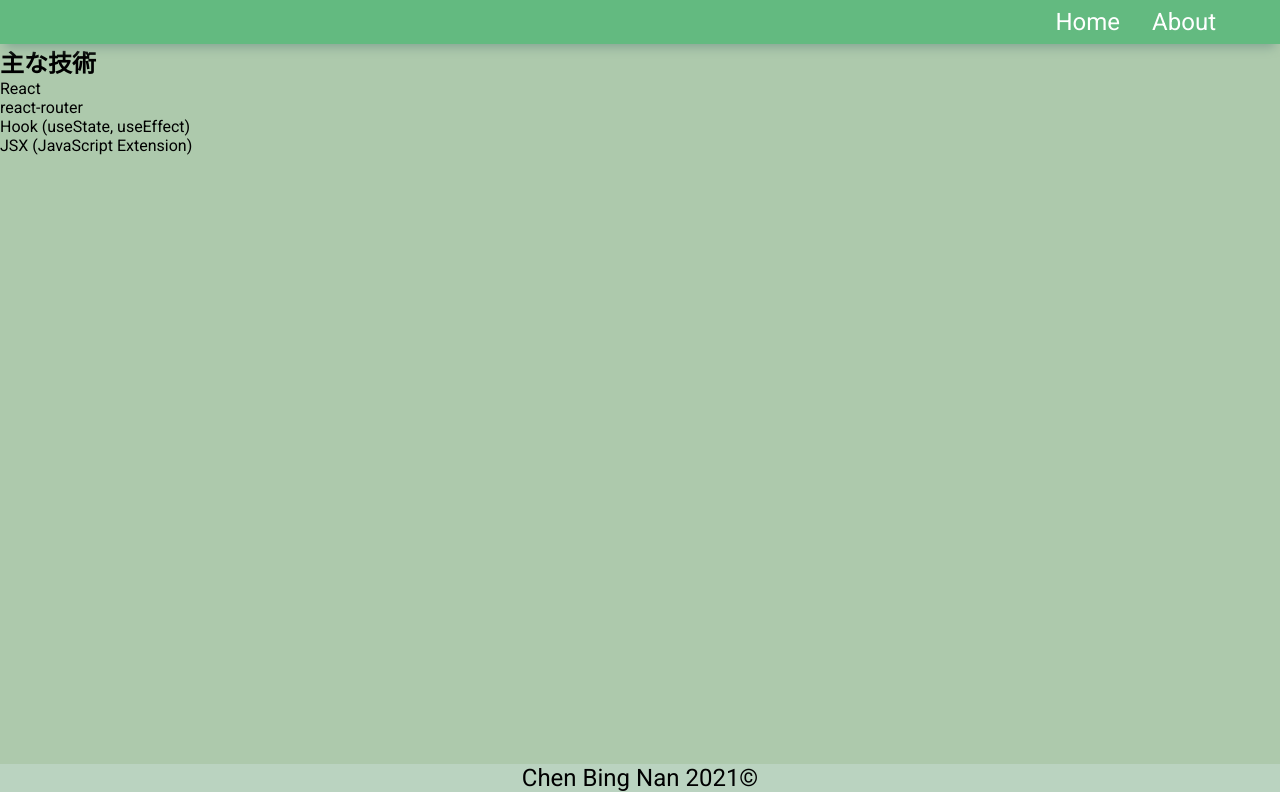
Repository: r1991108/pictureSearchProj
Page: /pictureSearchProj/about
An editor plug-in stored every save of this project. The page is shown before and after the next save, followed by the edit.
The browser window is 1280 px wide. The pictures show the whole page.
The project was rebuilt for these pictures with package versions that can differ from the ones it lists, and the page was loaded fresh each time. Also part of the build but not shown: src/components/Search.js, src/components/Pictures.js, src/pages/Homepage.js.

Above is the page before, as saved 2021-11-23 21:27:27.

### public/index.html
<!DOCTYPE html>
<html lang="en">

<head>
  <meta charset="utf-8" />
  <!-- <link rel="icon" href="%PUBLIC_URL%/favicon.ico" /> -->
  <meta name="viewport" content="width=device-width, initial-scale=1" />
  <link rel="preconnect" href="https://fonts.googleapis.com">
  <link rel="preconnect" href="https://fonts.gstatic.com" crossorigin>
  <link href="https://fonts.googleapis.com/css2?family=Roboto&display=swap" rel="stylesheet">
  <!-- <meta name="theme-color" content="#000000" /> -->
  <!-- <meta name="description" content="Web site created using create-react-app" /> -->
  <!-- <link rel="apple-touch-icon" href="%PUBLIC_URL%/logo192.png" /> -->
  <!--
      manifest.json provides metadata used when your web app is installed on a
      user's mobile device or desktop. See https://developers.google.com/web/fundamentals/web-app-manifest/
    -->
  <!-- <link rel="manifest" href="%PUBLIC_URL%/manifest.json" /> -->
  <!--
      Notice the use of %PUBLIC_URL% in the tags above.
      It will be replaced with the URL of the `public` folder during the build.
      Only files inside the `public` folder can be referenced from the HTML.

      Unlike "/favicon.ico" or "favicon.ico", "%PUBLIC_URL%/favicon.ico" will
      work correctly both with client-side routing and a non-root public URL.
      Learn how to configure a non-root public URL by running `npm run build`.
    -->
  <title>React App</title>
</head>

<body>
  <noscript>You need to enable JavaScript to run this app.</noscript>
  <div id="root"></div>
  <!--
      This HTML file is a template.
      If you open it directly in the browser, you will see an empty page.

      You can add webfonts, meta tags, or analytics to this file.
      The build step will place the bundled scripts into the <body> tag.

      To begin the development, run `npm start` or `yarn start`.
      To create a production bundle, use `npm run build` or `yarn build`.
    -->
</body>

</html>

### src/App.js
import React from "react";
import Nav from "./components/Nav";
import Footer from "./components/Footer";
import Homepage from "./pages/Homepage";
import About from "./pages/About";
import { Routes, Route } from "react-router";
import "./styles/style.css";

function App() {
  return (
    <div className="App">
      <Nav />
      <Routes>
        <Route path="/pictureSearchProj/" element={<Homepage />} />
        <Route path="/pictureSearchProj/about" element={<About />} />
      </Routes>

      <Footer />
    </div>
  );
}

export default App;

### src/components/Nav.js
import React from "react";
import { Link } from "react-router-dom";

const Nav = () => {
  return (
    <nav>
      <ul>
        <li>
          <Link to="/pictureSearchProj/">Home</Link>
        </li>
        <li>
          {/* use Link to prevent page refreshing */}
          {/* <a href="/about">About</a> */}
          <Link to="/pictureSearchProj/about">About</Link>
        </li>
      </ul>
    </nav>
  );
};

export default Nav;

### src/components/Footer.js
import React from "react";

const Footer = () => {
  return <div className="footer">Chen Bing Nan 2021©</div>;
};

export default Footer;

### src/pages/About.js
import React from "react";

const About = () => {
  return (
    <div style={{ minHeight: "100vh" }}>
      <h2>主な技術</h2>
      <ul>
        <li>React</li>
        <li>react-router</li>
        <li>Hook (useState, useEffect)</li>
        <li>JSX (JavaScript Extension)</li>
      </ul>
    </div>
  );
};

export default About;

### src/styles/style.css
* {
  margin: 0;
  padding: 0;
  -webkit-box-sizing: border-box;
          box-sizing: border-box;
}

body {
  font-family: "Roboto", sans-serif;
  background-color: #adc9ac;
}

a {
  text-decoration: none;
  color: black;
}

ul {
  list-style-type: none;
}

.morePicture {
  display: -webkit-box;
  display: -ms-flexbox;
  display: flex;
  -webkit-box-pack: center;
      -ms-flex-pack: center;
          justify-content: center;
  -webkit-box-align: center;
      -ms-flex-align: center;
          align-items: center;
  padding: 2rem;
}

.morePicture button {
  padding: 0.25rem 1rem;
  font-size: 2rem;
  border: 3px solid #2b002b;
  background-color: #012e0b;
  cursor: pointer;
  color: white;
}

.morePicture button:hover {
  background-color: #26bc71;
}

.about {
  color: #150748;
  padding-left: 1rem;
}

.about ul {
  padding: 0.25rem 0;
}

.about ul li {
  padding: 0.25rem 0;
}

nav {
  background-color: #63ba80;
  position: -webkit-sticky;
  position: sticky;
  top: 0;
  z-index: 500;
  -webkit-box-shadow: 0 8px 10px -5px #83a492;
          box-shadow: 0 8px 10px -5px #83a492;
}

nav ul {
  display: -webkit-box;
  display: -ms-flexbox;
  display: flex;
  -webkit-box-pack: end;
      -ms-flex-pack: end;
          justify-content: flex-end;
  margin-right: 3rem;
}

nav ul li {
  padding: 0.5rem 1rem;
}

nav ul li a {
  font-size: 1.5rem;
  color: white;
}

.search {
  display: -webkit-box;
  display: -ms-flexbox;
  display: flex;
  -webkit-box-pack: center;
      -ms-flex-pack: center;
          justify-content: center;
  -webkit-box-align: center;
      -ms-flex-align: center;
          align-items: center;
  padding: 3rem 0rem;
}

.search input,
.search button {
  font-size: 2rem;
  padding: 0.25rem;
  border: 3px solid #2b002b;
}

.search button {
  background-color: #044323;
  color: white;
  cursor: pointer;
}

.search button:hover {
  background-color: #26bc71;
}

@media screen and (max-width: 428px) {
  .search {
    padding-top: 1rem;
    padding-bottom: 0rem;
  }
  .search input,
  .search button {
    font-size: 1.5rem;
    padding: 0.25rem;
    border: 2px solid #2b002b;
  }
}

.footer {
  display: -webkit-box;
  display: -ms-flexbox;
  display: flex;
  -webkit-box-pack: center;
      -ms-flex-pack: center;
          justify-content: center;
  -webkit-box-align: center;
      -ms-flex-align: center;
          align-items: center;
  font-size: 1.5rem;
  background-color: #bad3c0;
}

.pictures {
  display: -webkit-box;
  display: -ms-flexbox;
  display: flex;
  -ms-flex-wrap: wrap;
      flex-wrap: wrap;
  -webkit-box-pack: center;
      -ms-flex-pack: center;
          justify-content: center;
  -webkit-box-align: center;
      -ms-flex-align: center;
          align-items: center;
}

.pictures .picture {
  padding: 1rem;
  width: 400px;
}

.pictures .picture .imageContainer {
  overflow: hidden;
  height: 40vh;
}

.pictures .picture .imageContainer img {
  width: 100%;
  height: 100%;
  -o-object-fit: cover;
     object-fit: cover;
  -webkit-transition: all 0.3s ease;
  transition: all 0.3s ease;
}

.pictures .picture .imageContainer img:hover {
  -webkit-transform: scale(1.25);
          transform: scale(1.25);
  cursor: pointer;
}

@media screen and (max-width: 428px) {
  .morePicture {
    padding: 1rem;
  }
  .morePicture button {
    padding: 0rem 1rem;
    font-size: 2rem;
    border: 2px solid #2b002b;
  }
}
/*# sourceMappingURL=style.css.map */

Loaded but not shown: src/index.js (common file)

After the next save:
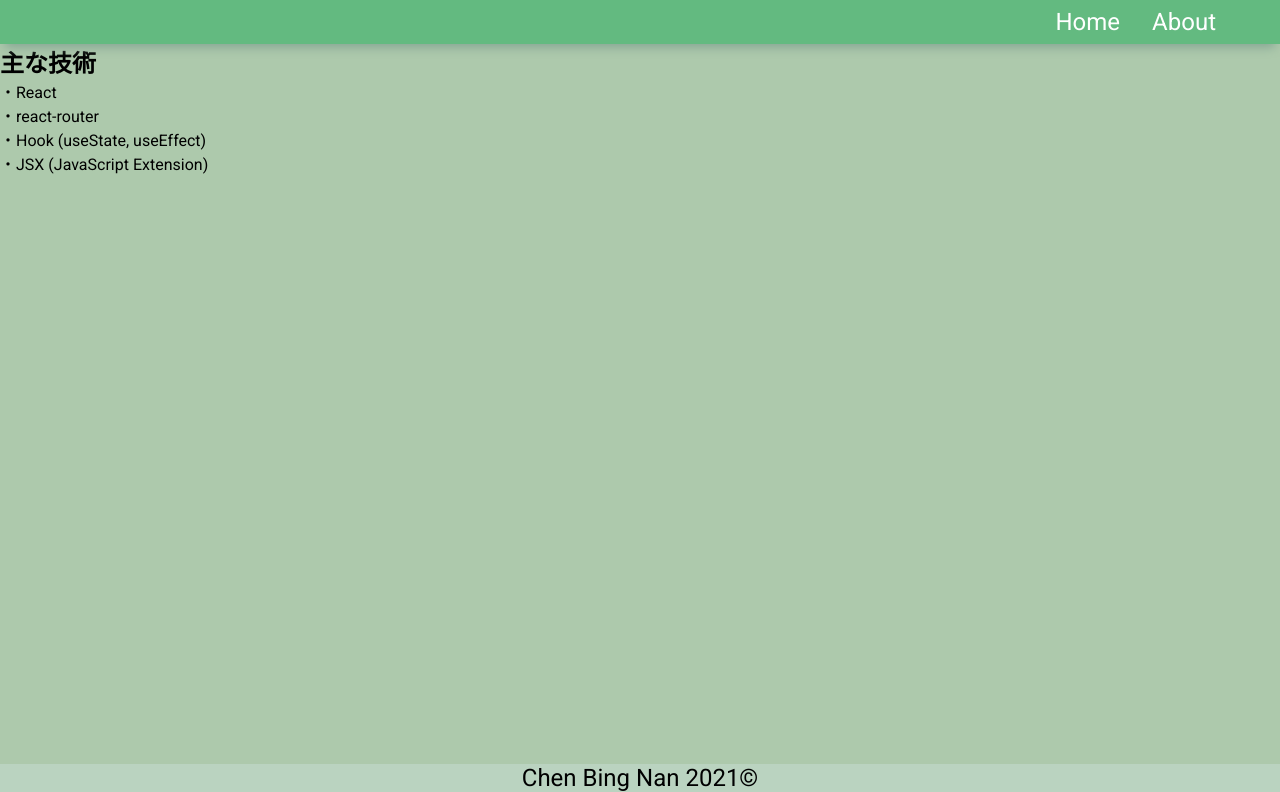
Saved 43 s later.
--- a/src/pages/About.js
+++ b/src/pages/About.js
@@ -5,10 +5,10 @@ const About = () => {
     <div style={{ minHeight: "100vh" }}>
       <h2>主な技術</h2>
       <ul>
-        <li>React</li>
-        <li>react-router</li>
-        <li>Hook (useState, useEffect)</li>
-        <li>JSX (JavaScript Extension)</li>
+        <li>・React</li>
+        <li>・react-router</li>
+        <li>・Hook (useState, useEffect)</li>
+        <li>・JSX (JavaScript Extension)</li>
       </ul>
     </div>
   );
